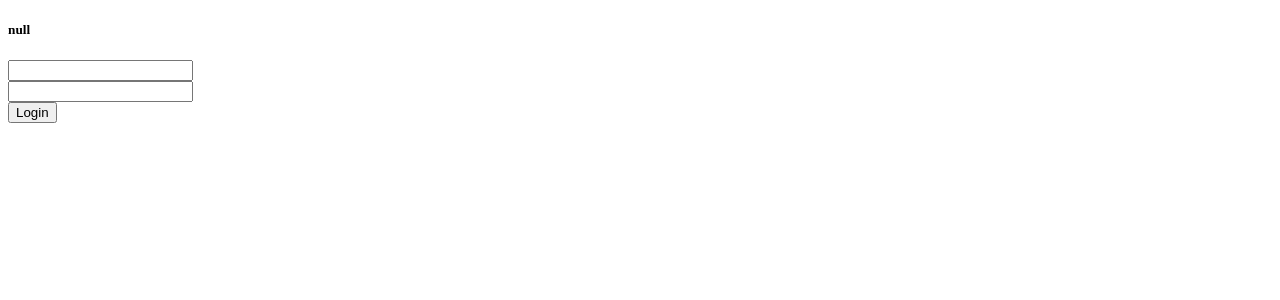
Repository: hunggtham/First-Jsp-and-Servlet-Project
Page: http://localhost/7DemoMVC2/LoginForward
An editor plug-in stored every save of this project. The page is shown before and after the next save, followed by the edit.
The browser window is 1280 px wide. The pictures show the whole page.
The page is served by Tomcat 9. Other server files are loaded and not shown.

Above is the page before, as saved 2022-08-14 14:32:06.

### 7DemoMVC2/src/main/webapp/WEB-INF/View/Login.jsp
<%@ page language="java" contentType="text/html; charset=UTF-8"
	pageEncoding="UTF-8"%>
<!DOCTYPE html>
<html>
<head>
<meta charset="UTF-8">
<title>Login Page</title>
</head>
<body>
	<h5><%=request.getAttribute("message2")%></h5>
	<form action="LoginController" method="POST">

		<input type="text" name="username" /> <br /> <input type="password"
			name="password" /> <br /> <input type="submit" value="Login" /> <br />

	</form>
</body>
</html>

### 7DemoMVC2/src/main/java/controller/LoginForward.java
package controller;

import java.io.IOException;

import javax.servlet.RequestDispatcher;
import javax.servlet.ServletException;
import javax.servlet.annotation.WebServlet;
import javax.servlet.http.HttpServlet;
import javax.servlet.http.HttpServletRequest;
import javax.servlet.http.HttpServletResponse;

@WebServlet("/LoginForward")
public class LoginForward extends HttpServlet {
	private static final long serialVersionUID = 1L;

	public LoginForward() {
		super();
		// TODO Auto-generated constructor stub
	}

	protected void doGet(HttpServletRequest request, HttpServletResponse response)
			throws ServletException, IOException {

		RequestDispatcher rd = request.getRequestDispatcher("/WEB-INF/View/Login.jsp");

		rd.forward(request, response);

	}

	protected void doPost(HttpServletRequest request, HttpServletResponse response)
			throws ServletException, IOException {
		// TODO Auto-generated method stub
		doGet(request, response);
	}

}

After the next save:
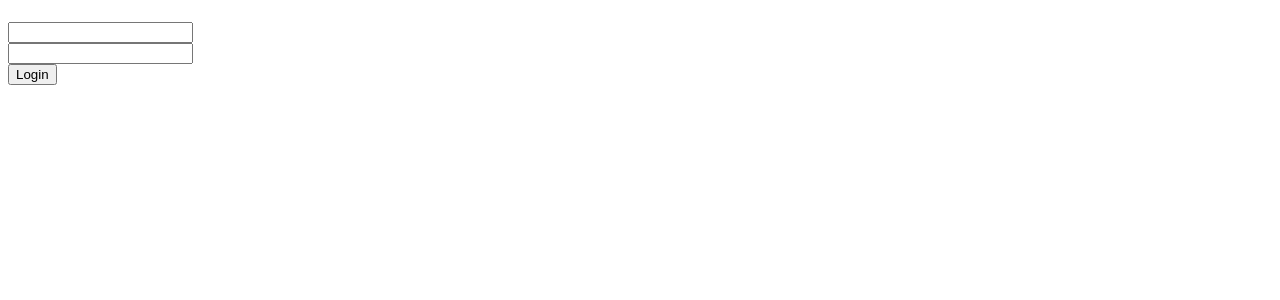
Saved 101 s later.
--- a/7DemoMVC2/src/main/webapp/WEB-INF/View/Login.jsp
+++ b/7DemoMVC2/src/main/webapp/WEB-INF/View/Login.jsp
@@ -7,7 +7,7 @@
 <title>Login Page</title>
 </head>
 <body>
-	<h5><%=request.getAttribute("message2")%></h5>
+	<h5><%=request.getAttribute("message2")!= null ? request.getAttribute("message2") : "" %></h5>
 	<form action="LoginController" method="POST">
 
 		<input type="text" name="username" /> <br /> <input type="password"

After the save that followed:
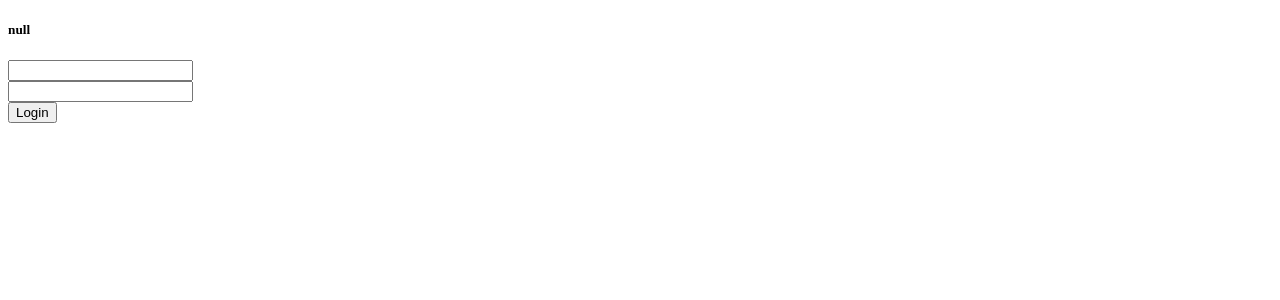
Saved 38 s later.
--- a/7DemoMVC2/src/main/webapp/WEB-INF/View/Login.jsp
+++ b/7DemoMVC2/src/main/webapp/WEB-INF/View/Login.jsp
@@ -7,7 +7,7 @@
 <title>Login Page</title>
 </head>
 <body>
-	<h5><%=request.getAttribute("message2")!= null ? request.getAttribute("message2") : "" %></h5>
+	<h5><%=request.getAttribute("message2") %></h5>
 	<form action="LoginController" method="POST">
 
 		<input type="text" name="username" /> <br /> <input type="password"
